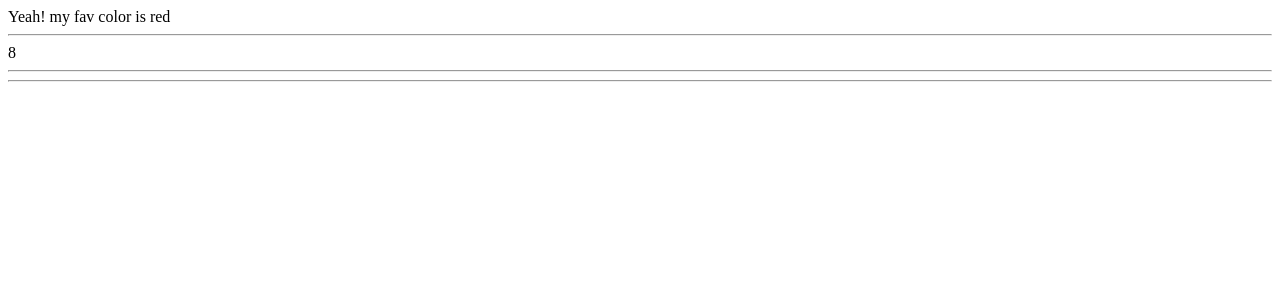
Repository: hsumyatm7308/PHP
Page: http://localhost/l38trycatch.php
An editor plug-in stored every save of this project. The page is shown before and after the next save, followed by the edit.
The browser window is 1280 px wide. The pictures show the whole page.
The page is run by PHP 8.4 with error messages shown; the project is at /var/www/html/.

Above is the page before, as saved 2023-05-12 17:43:11.

### part1/l38trycatch.php
<?php

ini_set("display_errors",1);

function mycolor($col){
   if($col !== "red"){
    throw new Exception("I hate $col color");
   }

   return "Yeah! my fav color is $col";
}

echo mycolor("red");

echo "<hr>";

function mynum($base,$power){

    if($power > 3){
        throw new Exception("We not allow over $power");
    }

    $result = pow($base,$power);

    return $result;
}

echo mynum(2,3);

echo "<hr>";

// => try..catch Statement
// try{
// //    code to be exectued
// }catch(Exception $e){
//     //   code to be exception is caught
// }


function mycolour($col){
    if($col !== "red"){
        throw new Exception("I hate $col color.");
    }

    return "Yeach! my fa color is $col.";
}


echo "<hr>";


?>

After the next save:
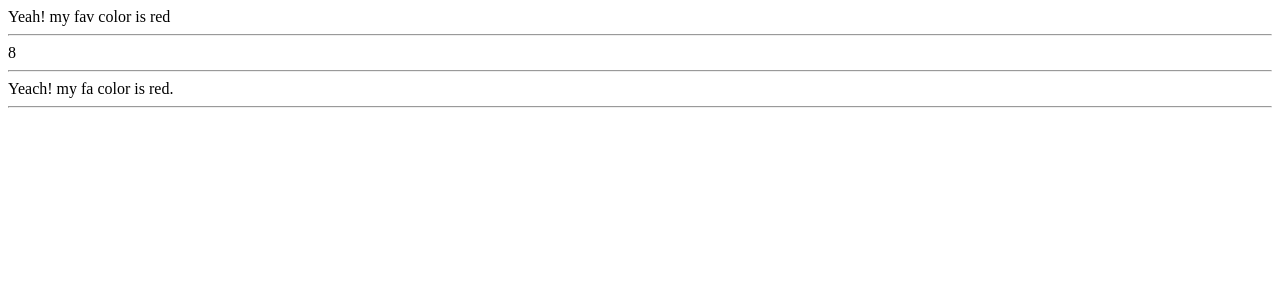
Saved 2 min 34 s later.
--- a/part1/l38trycatch.php
+++ b/part1/l38trycatch.php
@@ -46,6 +46,12 @@ function mycolour($col){
 }
 
 
+try{
+   echo mycolour("red");
+}catch(Exception $e){
+
+}
+
 echo "<hr>";
 
 
